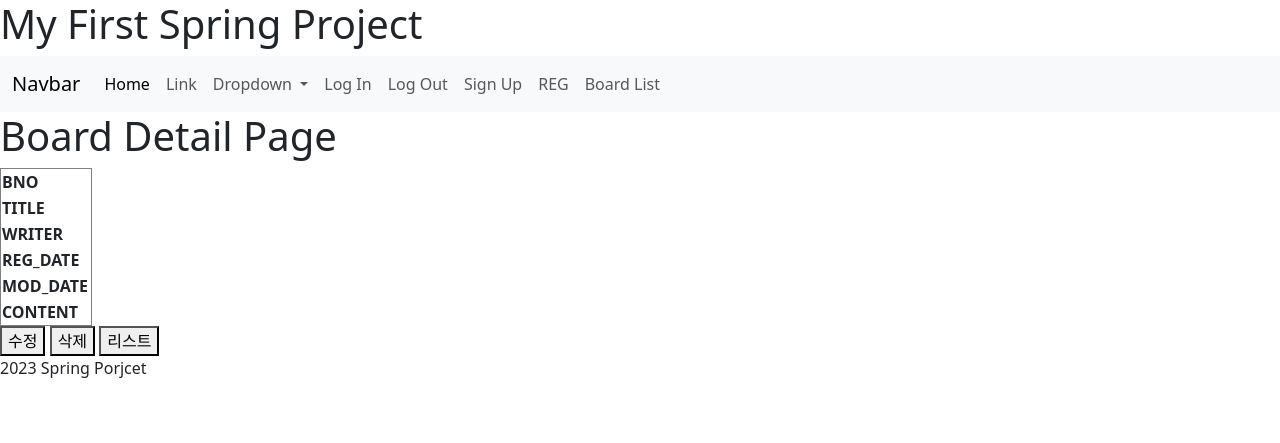
Repository: Leesunghoon1/ezenSpring
Page: http://localhost/spring-Test/WEB-INF/views/board/detail.jsp
These files come from the project's save history. The page is drawn as it stood at one moment and after the next save; the edit follows.
The browser window is 1280 px wide. The pictures show the whole page.
The page is served by Tomcat 9. Nobody is signed in. Other server files are loaded and not shown. The template is opened directly, without the code that normally fills it, so the values that code supplies are empty.

Above is the page before, as saved 2023-10-05 10:42:19.

### spring-Test/src/main/webapp/WEB-INF/views/board/detail.jsp
<%@ page language="java" contentType="text/html; charset=UTF-8"
    pageEncoding="UTF-8"%>
   <%@ taglib prefix="c" uri="http://java.sun.com/jsp/jstl/core" %>
<!DOCTYPE html>
<html>
<head>
<meta charset="UTF-8">
<title>Insert detail here</title>
<link href="https://cdn.jsdelivr.net/npm/bootstrap@5.3.2/dist/css/bootstrap.min.css" rel="stylesheet" integrity="sha384-T3c6CoIi6uLrA9TneNEoa7RxnatzjcDSCmG1MXxSR1GAsXEV/Dwwykc2MPK8M2HN" crossorigin="anonymous">
<script src="https://cdn.jsdelivr.net/npm/bootstrap@5.3.2/dist/js/bootstrap.bundle.min.js" integrity="sha384-C6RzsynM9kWDrMNeT87bh95OGNyZPhcTNXj1NW7RuBCsyN/o0jlpcV8Qyq46cDfL" crossorigin="anonymous"></script>
</head>
<jsp:include page="../layout/header.jsp"></jsp:include>
<body>
<h1>Board Detail Page</h1>
<table border="1">
	<tr>
		<th>BNO</th>
		<td>${bvo.bno }</td>
	</tr>
	<tr>
		<th>TITLE</th>
		<td>${bvo.title }</td>
	</tr>
	<tr>
		<th>WRITER</th>
		<td>${bvo.writer }</td>
	</tr>
	<tr>
		<th>REG_DATE</th>
		<td>${bvo.registerDate }</td>
	</tr>
	<tr>
		<th>MOD_DATE</th>
		<td>${bvo.read_count }</td>
	</tr>
	<tr>
		<th>CONTENT</th>
		<td>${bvo.content }</td>
	</tr>

</table>
<a href="/board/modify?bno=${bvo.bno }"><button>수정</button></a>
<a href="/board/remove?bno=${bvo.bno }"><button>삭제</button></a>
<a href="/board/list?bno=${bvo.bno }"><button>리스트</button></a>

<jsp:include page="../layout/footer.jsp"></jsp:include>
</html>

### spring-Test/src/main/webapp/WEB-INF/views/layout/header.jsp
<%@ page language="java" contentType="text/html; charset=UTF-8"
    pageEncoding="UTF-8"%>
    <%@ taglib uri="http://java.sun.com/jsp/jstl/core" prefix="c" %>
<!DOCTYPE html>
<html>
<head>
<meta charset="UTF-8">
<title>Insert title here</title>
<link href="https://cdn.jsdelivr.net/npm/bootstrap@5.3.1/dist/css/bootstrap.min.css" rel="stylesheet" integrity="sha384-4bw+/aepP/YC94hEpVNVgiZdgIC5+VKNBQNGCHeKRQN+PtmoHDEXuppvnDJzQIu9" crossorigin="anonymous">
<script src="https://cdn.jsdelivr.net/npm/bootstrap@5.3.1/dist/js/bootstrap.bundle.min.js" integrity="sha384-HwwvtgBNo3bZJJLYd8oVXjrBZt8cqVSpeBNS5n7C8IVInixGAoxmnlMuBnhbgrkm" crossorigin="anonymous"></script>
</head>
<body>
<h1> My First Spring Project </h1>

<nav class="navbar navbar-expand-lg bg-body-tertiary">
  <div class="container-fluid">
    <a class="navbar-brand" href="#">Navbar</a>
    <button class="navbar-toggler" type="button" data-bs-toggle="collapse" data-bs-target="#navbarSupportedContent" aria-controls="navbarSupportedContent" aria-expanded="false" aria-label="Toggle navigation">
      <span class="navbar-toggler-icon"></span>
    </button>
    <div class="collapse navbar-collapse" id="navbarSupportedContent">
      <ul class="navbar-nav me-auto mb-2 mb-lg-0">
        <li class="nav-item">
          <a class="nav-link active" aria-current="page" href="#">Home</a>
        </li>
        <li class="nav-item">
          <a class="nav-link" href="#">Link</a>
        </li>
        <li class="nav-item dropdown">
          <a class="nav-link dropdown-toggle" href="#" role="button" data-bs-toggle="dropdown" aria-expanded="false">
            Dropdown
          </a>
          <ul class="dropdown-menu">
            <li><a class="dropdown-item" href="#">Action</a></li>
            <li><a class="dropdown-item" href="#">Another action</a></li>
            <li><hr class="dropdown-divider"></li>
            <li><a class="dropdown-item" href="#">Something else here</a></li>
          </ul>
        </li>
        <li class="nav-item">
          <a class="nav-link" href="/board/register">Log In</a>
        </li>
                <li class="nav-item">
          <a class="nav-link" href="/board/register">Log Out</a>
        </li>
                <li class="nav-item">
          <a class="nav-link" href="/board/register">Sign Up</a>
        </li>
                <li class="nav-item">
          <a class="nav-link" href="/board/register">REG</a>
        </li>
                <li class="nav-item">
          <a class="nav-link" href="/board/list">Board List</a>
        </li>
      </ul>
<!--       <form class="d-flex" role="search">
        <input class="form-control me-2" type="search" placeholder="Search" aria-label="Search">
        <button class="btn btn-outline-success" type="submit">Search</button>
      </form> -->
    </div>
  </div>
</nav>

### spring-Test/src/main/webapp/WEB-INF/views/layout/footer.jsp
<%@ page language="java" contentType="text/html; charset=UTF-8"
    pageEncoding="UTF-8"%>

<div>
2023 Spring Porjcet
</div>
</body>
</html>

After the next save:
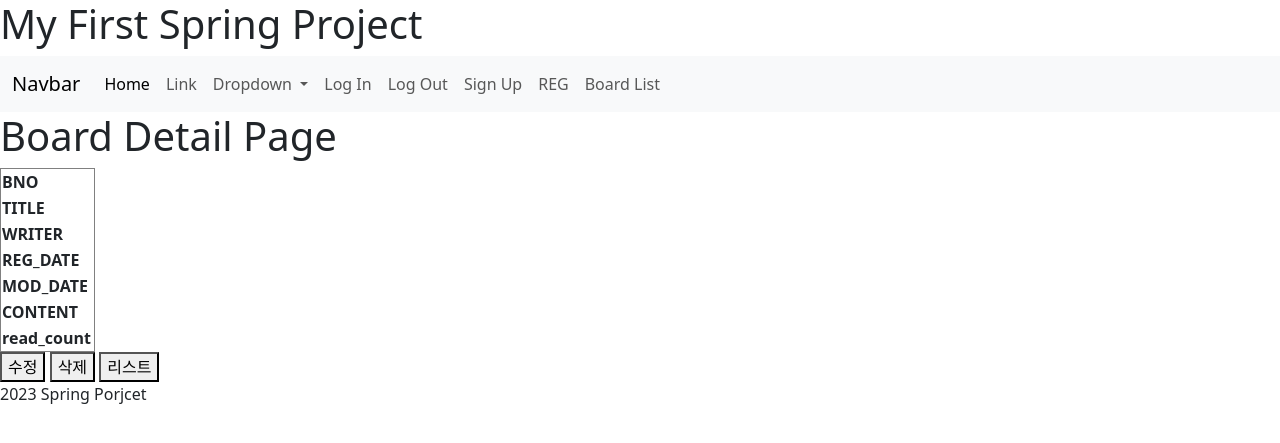
Saved 35 s later.
--- a/spring-Test/src/main/webapp/WEB-INF/views/board/detail.jsp
+++ b/spring-Test/src/main/webapp/WEB-INF/views/board/detail.jsp
@@ -37,6 +37,10 @@
 		<th>CONTENT</th>
 		<td>${bvo.content }</td>
 	</tr>
+	<tr>
+		<th>read_count</th>
+		<td>${bvo.read_count }</td>
+	</tr>
 
 </table>
 <a href="/board/modify?bno=${bvo.bno }"><button>수정</button></a>
